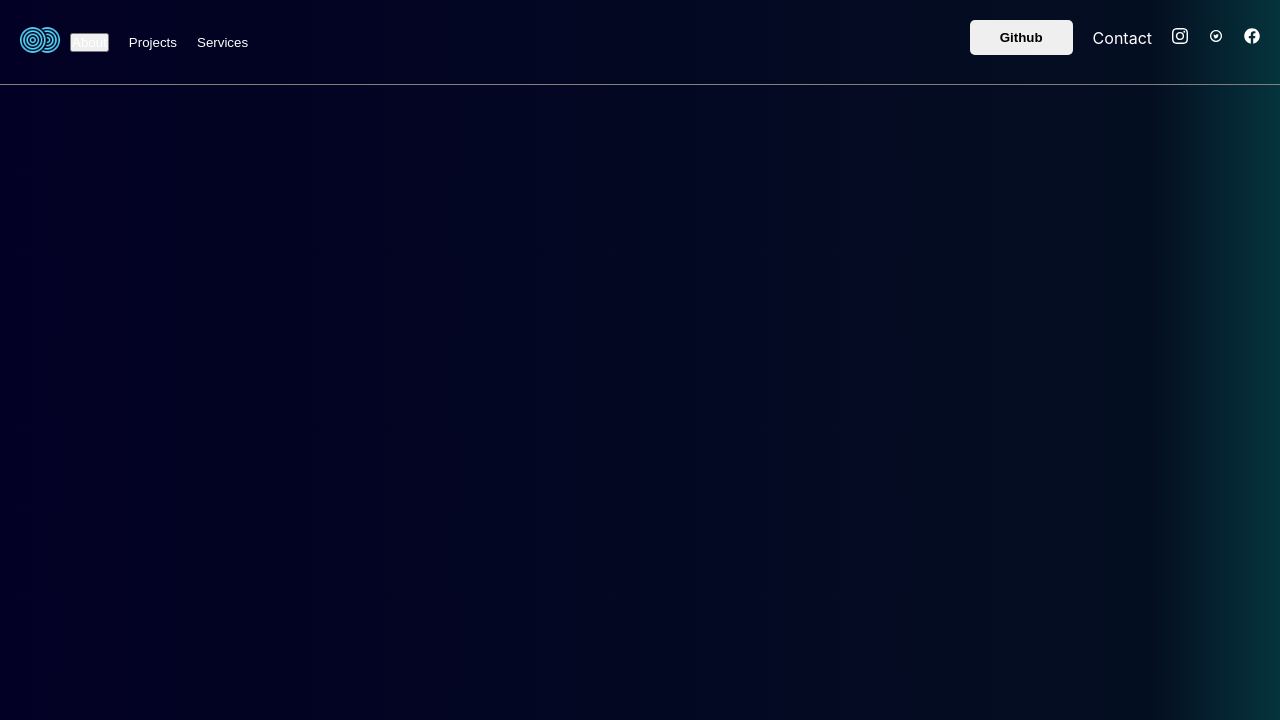
Repository: uh-sman/Portfolio
Page: /
The author's editor kept a copy of each file at every save. The page is drawn from the files as they stood at one save, then again after the next save.
The browser window is 1280 px wide. The pictures show the whole page.
The project was rebuilt for these pictures with package versions that can differ from the ones it lists, and the page was loaded fresh each time.

Above is the page before, as saved 2022-11-18 10:17:38.

After the next save:
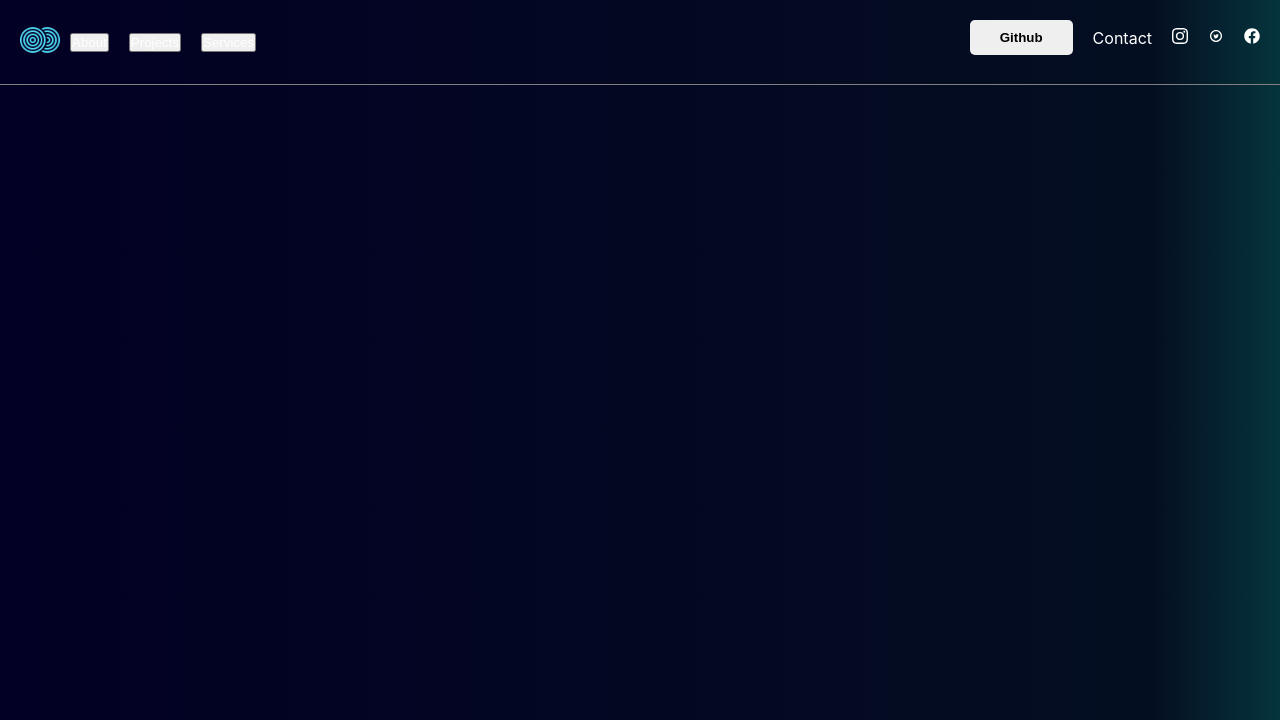
Saved 24 min 28 s later.
--- a/src/components/Navbar.jsx
+++ b/src/components/Navbar.jsx
@@ -40,10 +40,10 @@
               >
                 <a href="">About</a>
               </button>
-              <button className="btn">
+              <button className={isActive ? "btnSelect" : ""}>
                 <a href="">Projects</a>
               </button>
-              <button className="btn">
+              <button className={isActive ? "btnSelect" : ""}>
                 <a href="">Services</a>
               </button>
             </ul>
